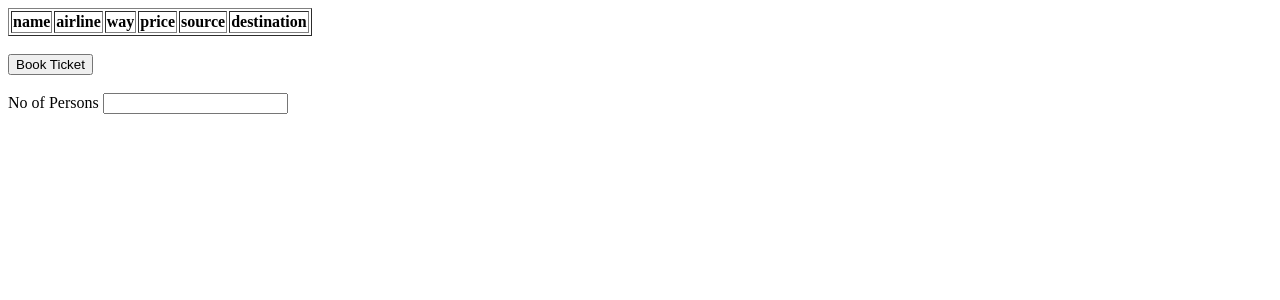
Repository: manishmachha/Project-FlyAway
Page: http://localhost/FlyAway/search.jsp
The author's editor kept a copy of each file at every save. The page is drawn from the files as they stood at one save, then again after the next save.
The browser window is 1280 px wide. The pictures show the whole page.
The page is served by Tomcat 9. The database holds what the project's SQL file puts in it.

Above is the page before, as saved 2022-01-04 06:51:39.

After the next save:
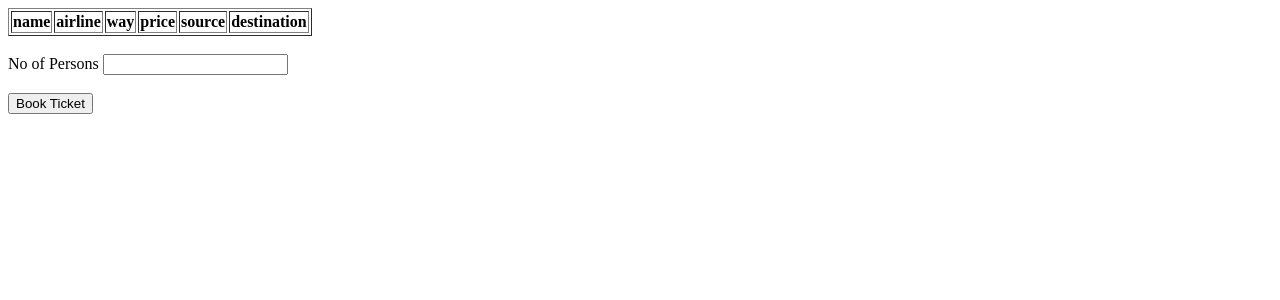
Saved 31 s later.
--- a/FlyAway/src/main/webapp/search.jsp
+++ b/FlyAway/src/main/webapp/search.jsp
@@ -39,6 +39,7 @@ ResultSet rs = st.executeQuery(sql);
 </table>
 </br>
 <form action="customerdetails.jsp" method="post">
-	<input type="submit" value="Book Ticket">
-	</br> </br> No of Persons <input type="number" name="no of persons"></br>
+	No of Persons <input type="number" name="no of persons"></br>
+	</br> <input type="submit" value="Book Ticket">
+
 </form>
